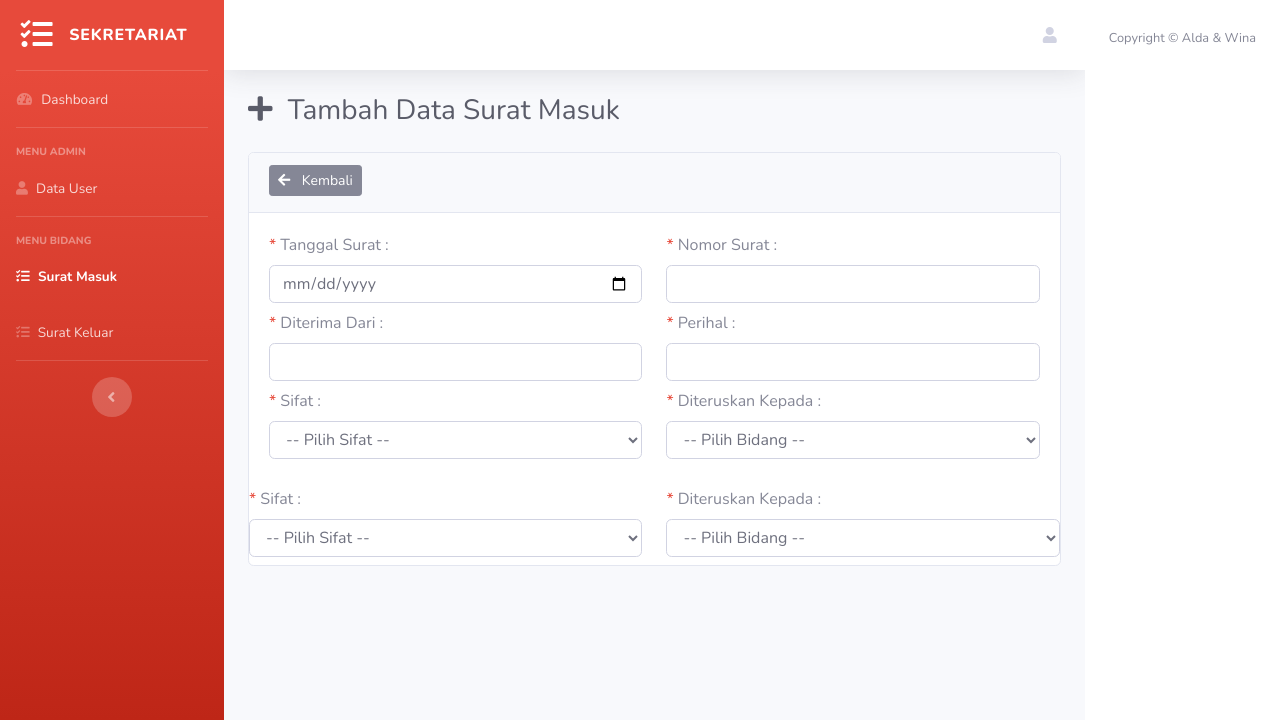
Repository: aldasamrotulfuadah/projek-PKL
Page: http://localhost/suratmasuk/create
These files come from the project's save history. The page is drawn as it stood at one moment and after a run of saves; the edit follows.
The browser window is 1280 px wide. The pictures show the whole page.
The page is served by the project's Laravel application, run on PHP 8.4 with Laravel 12. A made-up administrator, Test User (test@example.com), is signed in. Other server files are loaded and not shown.

Above is the page before, as saved 2026-03-12 11:26:19.

### routes/web.php
<?php

use App\Http\Controllers\AuthController;
use App\Http\Controllers\DashboardController;
use App\Http\Controllers\SuratKeluarController;
use App\Http\Controllers\SuratMasukController;
use App\Http\Controllers\UserController;
use Illuminate\Support\Facades\Route;




Route::get('/', function () {
    return view('welcome');
})->name('welcome');

// Login
Route::get('/login', [AuthController::class, 'login'])->name('login');
Route::post('/login', [AuthController::class, 'loginProses'])->name('loginProses');

//user
Route::get('/user', [UserController::class, 'user'])->name('user');
Route::get('/user/create', [UserController::class, 'create'])->name('userCreate');
Route::post('/user/store', [UserController::class, 'store'])->name('userStore');
Route::get('/user/edit/{id}', [UserController::class, 'edit'])->name('userEdit');
Route::post('/user/update/{id}', [UserController::class, 'update'])->name('userUpdate');
Route::delete('/user/destroy/{id}', [UserController::class, 'destroy'])->name('userDestroy');

// Logout
Route::get('/logout', [AuthController::class, 'logout'])->name('logout');

Route::middleware('checkLogin')->group(function(){
    // Dashboard
    Route::get('/dashboard', [DashboardController::class, 'index'])->name('dashboard');
    // Surat Masuk
    Route::get('/suratmasuk', [SuratMasukController::class, 'index'])->name('suratmasuk');
    Route::get('/suratmasuk/create', [SuratMasukController::class, 'create'])->name('suratmasukCreate');


    // Surat Keluar
    Route::get('/suratkeluar', [SuratKeluarController::class, 'index'])->name('suratkeluar');

});

### app/Models/User.php
<?php

namespace App\Models;

// use Illuminate\Contracts\Auth\MustVerifyEmail;
use Illuminate\Database\Eloquent\Factories\HasFactory;
use Illuminate\Foundation\Auth\User as Authenticatable;
use Illuminate\Notifications\Notifiable;

class User extends Authenticatable
{
    use HasFactory, Notifiable;

    /**
     * The attributes that are mass assignable.
     *
     * @var array<int, string>
     */
    protected $fillable = [
        'nama',
        'email',
        'Jabatan',
        'is_tugas',
        'password',
    ];

    /**
     * The attributes that should be hidden for serialization.
     *
     * @var array<int, string>
     */
    protected $hidden = [
        'password',
        'remember_token',
    ];

    /**
     * Get the attributes that should be cast.
     *
     * @return array<string, string>
     */
    protected function casts(): array
    {
        return [
            'email_verified_at' => 'datetime',
            'password' => 'hashed',
        ];
    }
}

### app/Http/Controllers/SuratMasukController.php
<?php

namespace App\Http\Controllers;

use App\Models\SuratMasuk;
use Illuminate\Http\Request;

class SuratMasukController extends Controller
{
    public function index(){
        $data = array(
            'title'   => 'Data Surat Masuk',
            'menuSuratMasuk'   => 'active',
            'suratmasuk'   => suratmasuk::get(),
        );
        return view('suratm/suratmasuk',$data);
    }

    public function create(){
        $data = array(
            'title'   => 'Tambah Data Surat Masuk',
            'menuSuratMasuk'   => 'active',
        );
        return view('suratm/create',$data);
    }

}

### resources/views/suratm/create.blade.php
@extends('layouts/app')

@section('content')

    <h1 class="h3 mb-4 text-gray-800">
        <i class="fas fa-plus mr-2"></i>
       {{ $title }}
    </h1>


    <div class="card">
        <div class="card-header d-flex flex-wrap justify-content-center justify-content-xl-between">
            <div class="mb-1 mr-2">
                <a href="{{ route('suratmasuk') }}" class="btn btn-sm btn-secondary">
                    <i class="fas fa-arrow-left mr-2"></i>
                Kembali
                </a>
            </div>
        </div>
        <div class="card-body">
            <div class="row mb-2">
                <div class="col-6">
                    <label class="form-label">
                        <span class="text-danger">*</span>
                        Tanggal Surat :
                    </label>
                    <input type="date" name="tanggal" class="form-control">
                </div>
                <div class="col-6">
                    <label class="form-label">
                        <span class="text-danger">*</span>
                        Nomor Surat :
                    </label>
                    <input type="text" name="nomor" class="form-control">
                </div>
            </div>
            <div class="row mb-2">
                <div class="col-6">
                    <label class="form-label">
                        <span class="text-danger">*</span>
                        Diterima Dari :
                    </label>
                    <input type="text" name="diterima_dari" class="form-control">
                </div>
                <div class="col-6">
                    <label class="form-label">
                        <span class="text-danger">*</span>
                        Perihal :
                    </label>
                    <input type="text" name="perihal" class="form-control">
                </div>
            </div>
            <div class="row mb-2">
                <div class="col-6">
                    <label class="form-label">
                        <span class="text-danger">*</span>
                        Sifat :
                    </label>
                    <select name="sifat" class="form-control">
                        <option selected>-- Pilih Sifat --</option>
                        <option value="Sangat_Segera">Sangat Segera</option>
                        <option value="Segera">Segera</option>
                        <option value="Rahasia">Rahasia</option>
                  </select>
                </div>
                <div class="col-6">
                    <label class="form-label">
                        <span class="text-danger">*</span>
                        Diteruskan Kepada :
                    </label>
                    <select name="Diteruskan_kepada" class="form-control">
                        <option selected>-- Pilih Bidang --</option>
                        <option value="Sekretaris">Sekretaris</option>
                        <option value="Wasbang">Wasbang</option>
                        <option value="Wasnas">Wasnas</option>
                        <option value="Poldagri">Poldagri</option>
                    </select>
                </div>
            </div>
            </div>
            <div class="row mb-2">
                <div class="col-6">
                    <label class="form-label">
                        <span class="text-danger">*</span>
                        Sifat :
                    </label>
                    <select name="sifat" class="form-control">
                        <option selected>-- Pilih Sifat --</option>
                        <option value="Sangat_Segera">Sangat Segera</option>
                        <option value="Segera">Segera</option>
                        <option value="Rahasia">Rahasia</option>
                  </select>
                </div>
                <div class="col-6">
                    <label class="form-label">
                        <span class="text-danger">*</span>
                        Diteruskan Kepada :
                    </label>
                    <select name="Diteruskan_kepada" class="form-control">
                        <option selected>-- Pilih Bidang --</option>
                        <option value="Sekretaris">Sekretaris</option>
                        <option value="Wasbang">Wasbang</option>
                        <option value="Wasnas">Wasnas</option>
                        <option value="Poldagri">Poldagri</option>
                    </select>
                </div>
            </div>
        </div>
    </div>



@endsection

### resources/views/layouts/app.blade.php
@include('layouts/header')

<body id="page-top">

    <!-- Page Wrapper -->
    <div id="wrapper">

@include('layouts/sidebar')

        <!-- Content Wrapper -->
        <div id="content-wrapper" class="d-flex flex-column">

            <!-- Main Content -->
            <div id="content">

                <!-- Topbar -->
                <nav class="navbar navbar-expand navbar-light bg-white topbar mb-4 static-top shadow">

                    <!-- Sidebar Toggle (Topbar) -->
                    <button id="sidebarToggleTop" class="btn btn-link d-md-none rounded-circle mr-3">
                        <i class="fa fa-bars"></i>
                    </button>

                    <!-- Topbar Navbar -->
                    <ul class="navbar-nav ml-auto">

                        <!-- Nav Item - User Information -->
                        <li class="nav-item dropdown no-arrow">
                            <a class="nav-link dropdown-toggle" href="#" id="userDropdown" role="button"
                                data-toggle="dropdown" aria-haspopup="true" aria-expanded="false">
                                <span class="mr-2 d-none d-lg-inline text-gray-600 small">
                                    {{ auth()->user()->nama }}
                                </span>
                                <i class="fas fa-user"></i>
                            </a>
                            <!-- Dropdown - User Information -->
                            <div class="dropdown-menu dropdown-menu-right shadow animated--grow-in"
                                aria-labelledby="userDropdown">
                                <a class="dropdown-item" href="#">
                                    <div class="badge badge-secondary justify-content-center d-flex">
                                         {{ auth()->user()->Jabatan }}
                                    </div>
                                </a>
                                <a class="dropdown-item" href="#">
                                    <i class="fas fa-cogs fa-sm fa-fw mr-2 text-gray-400"></i>
                                    Pengaturan
                                </a>
                                <div class="dropdown-divider"></div>
                                <a class="dropdown-item" href="{{ route('logout') }}">
                                    <i class="fas fa-sign-out-alt fa-sm fa-fw mr-2 text-gray-400"></i>
                                    Logout
                                </a>
                            </div>
                        </li>

                    </ul>

                </nav>
                <!-- End of Topbar -->

                <!-- Begin Page Content -->
                <div class="container-fluid">

                    @yield('content')

                </div>
                <!-- /.container-fluid -->

            </div>
            <!-- End of Main Content -->

            <!-- Footer -->
            <footer class="sticky-footer bg-white">
                <div class="container my-auto">
                    <div class="copyright text-center my-auto">
                        <span>Copyright &copy; Alda & Wina</span>
                    </div>
                </div>
            </footer>
            <!-- End of Footer -->

        </div>
        <!-- End of Content Wrapper -->

    </div>
    <!-- End of Page Wrapper -->

    <!-- Scroll to Top Button-->
    <a class="scroll-to-top rounded" href="#page-top">
        <i class="fas fa-angle-up"></i>
    </a>

    <!-- Logout Modal-->
    <div class="modal fade" id="logoutModal" tabindex="-1" role="dialog" aria-labelledby="exampleModalLabel"
        aria-hidden="true">
        <div class="modal-dialog" role="document">
            <div class="modal-content">
                <div class="modal-header">
                    <h5 class="modal-title" id="exampleModalLabel">Ready to Leave?</h5>
                    <button class="close" type="button" data-dismiss="modal" aria-label="Close">
                        <span aria-hidden="true">×</span>
                    </button>
                </div>
                <div class="modal-body">Select "Logout" below if you are ready to end your current session.</div>
                <div class="modal-footer">
                    <button class="btn btn-secondary" type="button" data-dismiss="modal">Cancel</button>
                    <a class="btn btn-primary" href="login.html">Logout</a>
                </div>
            </div>
        </div>
    </div>

@include('layouts/footer')

### resources/views/layouts/header.blade.php
<!DOCTYPE html>
<html lang="en">

<head>

    <meta charset="utf-8">
    <meta http-equiv="X-UA-Compatible" content="IE=edge">
    <meta name="viewport" content="width=device-width, initial-scale=1, shrink-to-fit=no">
    <meta name="description" content="">
    <meta name="author" content="">

    <title>Masuk.in | Dashboard {{ $title }}</title>

    <!-- Custom fonts for this template-->
    <link href="{{ asset('sbadmin2/vendor/fontawesome-free/css/all.min.css') }}" rel="stylesheet" type="text/css">
    <link href="https://fonts.googleapis.com/css?family=Nunito:200,200i,300,300i,400,400i,600,600i,700,700i,800,800i,900,900i"
        rel="stylesheet">

    <!-- Custom styles for this template-->
    <link href="{{ asset('sbadmin2/css/sb-admin-2.min.css') }}" rel="stylesheet">
     <link href="{{ asset('sbadmin2/vendor/datatables/dataTables.bootstrap4.min.css') }}" rel="stylesheet">

</head>

### resources/views/layouts/sidebar.blade.php
        <!-- Sidebar -->
        <ul class="navbar-nav bg-gradient-danger sidebar sidebar-dark accordion" id="accordionSidebar">

            <!-- Sidebar - Brand -->
            <a class="sidebar-brand d-flex align-items-center justify-content-center" href="index.html">
                <div class="sidebar-brand-icon">
                    <i class="fas fa-tasks"></i>
                </div>
                <div class="sidebar-brand-text mx-3">Sekretariat</div>
            </a>

            <!-- Divider -->
            <hr class="sidebar-divider my-0">

            <!-- Nav Item - Dashboard -->
            <li class="nav-item {{ $menuDashboard ?? '' }}">
                <a class="nav-link" href="{{ route('dashboard') }}">
                    <i class="fas fa-fw fa-tachometer-alt"></i>
                    <span>Dashboard</span></a>
            </li>

            <!-- Divider -->
            <hr class="sidebar-divider">

            <!-- Heading -->
            <div class="sidebar-heading">
                Menu Admin
            </div>

            <!-- Nav Item - Charts -->
            <li class="nav-item {{ $menuAdminUser ?? '' }}">
                <a class="nav-link" href="{{ route('user') }}">
                    <i class="fas fa-user"></i>
                    <span>Data User</span></a>

                    <!-- Divider -->
                    <hr class="sidebar-divider">

                <div class="sidebar-heading">
                    Menu Bidang
                </div>
                <!-- Nav Item - Charts -->
                <li class="nav-item {{ $menuSuratMasuk ?? '' }}">
                    <a class="nav-link" href="{{ route('suratmasuk') }}">
                        <i class="fas fa-tasks"></i>
                        <span>Surat Masuk</span></a>
                </li>

                <!-- Nav Item - Tables -->
                <li class="nav-item {{ $menuSuratKeluar ?? '' }}">
                    <a class="nav-link" href="{{ route('suratkeluar') }}">
                        <i class="fas fa-tasks"></i>
                        <span>Surat Keluar</span></a>
                </li>

                <!-- Divider -->
                <hr class="sidebar-divider d-none d-md-block">

                <!-- Sidebar Toggler (Sidebar) -->
                <div class="text-center d-none d-md-inline">
                    <button class="rounded-circle border-0" id="sidebarToggle"></button>
                </div>
            </ul>
        <!-- End of Sidebar -->

### resources/views/layouts/footer.blade.php
<script src="{{ asset('sbadmin2/vendor/jquery/jquery.min.js') }}"></script>
    <script src="{{ asset('sbadmin2/vendor/bootstrap/js/bootstrap.bundle.min.js') }}"></script>
    <script src="{{ asset('sbadmin2/vendor/jquery-easing/jquery.easing.min.js') }}"></script>
    <script src="{{ asset('sbadmin2/js/sb-admin-2.min.js') }}"></script>

    <script src="{{ asset('sbadmin2/vendor/datatables/jquery.dataTables.min.js') }}"></script>
    <script src="{{ asset('sbadmin2/vendor/datatables/dataTables.bootstrap4.min.js') }}"></script>
    <script src="{{ asset('sbadmin2/js/demo/datatables-demo.js') }}"></script>
    <script src="{{ asset('sweetalert2/dist/sweetalert2.all.min.js') }}"></script>

     @session('success')
        <script>
        Swal.fire({
            title: "Sukses",
            text: "{{ session('success') }}",
            icon: "success"
        });
    </script>
    @endsession

    @session('error')
        <script>
        Swal.fire({
            title: "Gagal",
            text: "{{ session('error') }}",
            icon: "gagal"
        });
    </script>
    @endsession


</body>

</html>

Loaded but not shown: app/Http/Controllers/Controller.php (common file); public/sbadmin2/css/sb-admin-2.min.css (library); public/sbadmin2/js/sb-admin-2.min.js (common file); public/sbadmin2/js/demo/datatables-demo.js (common file); public/sweetalert2/dist/sweetalert2.all.min.js (library)

After the next 2 saves:
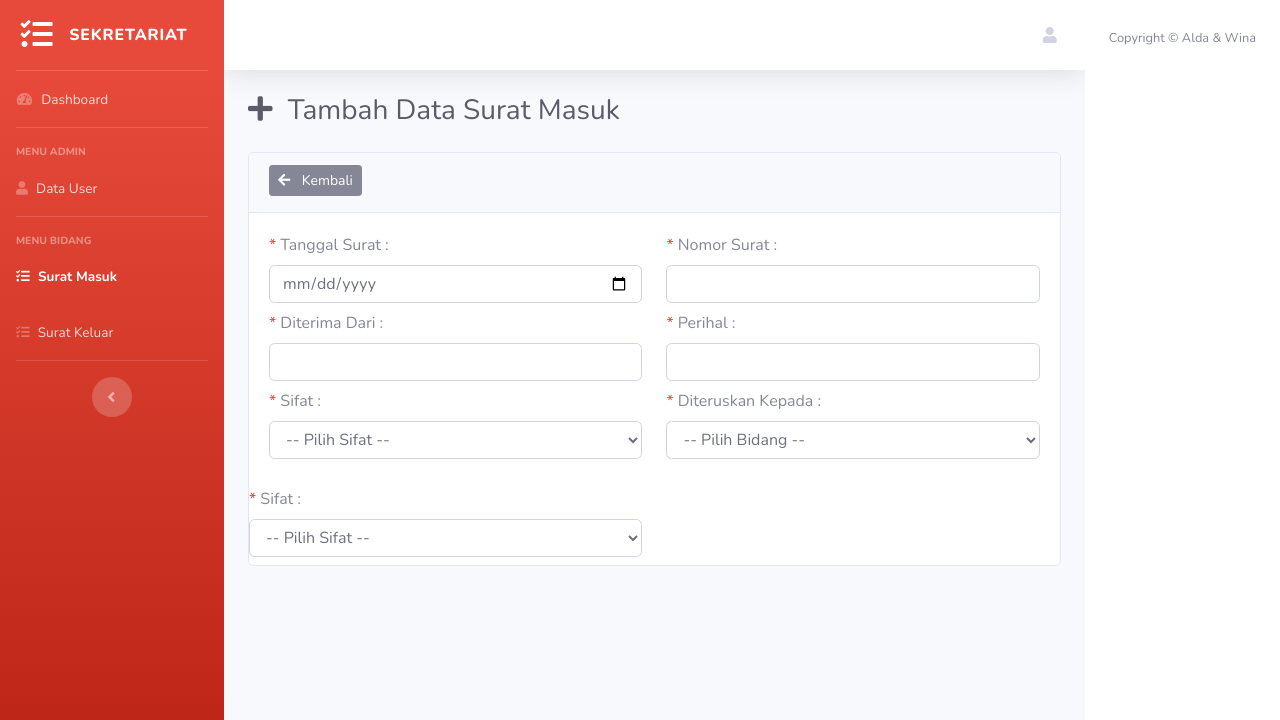
The 2 saves are shown as one change because they came seconds apart.
The last was saved 24 s later.
--- a/resources/views/suratm/create.blade.php
+++ b/resources/views/suratm/create.blade.php
@@ -92,17 +92,6 @@
                   </select>
                 </div>
                 <div class="col-6">
-                    <label class="form-label">
-                        <span class="text-danger">*</span>
-                        Diteruskan Kepada :
-                    </label>
-                    <select name="Diteruskan_kepada" class="form-control">
-                        <option selected>-- Pilih Bidang --</option>
-                        <option value="Sekretaris">Sekretaris</option>
-                        <option value="Wasbang">Wasbang</option>
-                        <option value="Wasnas">Wasnas</option>
-                        <option value="Poldagri">Poldagri</option>
-                    </select>
                 </div>
             </div>
         </div>
